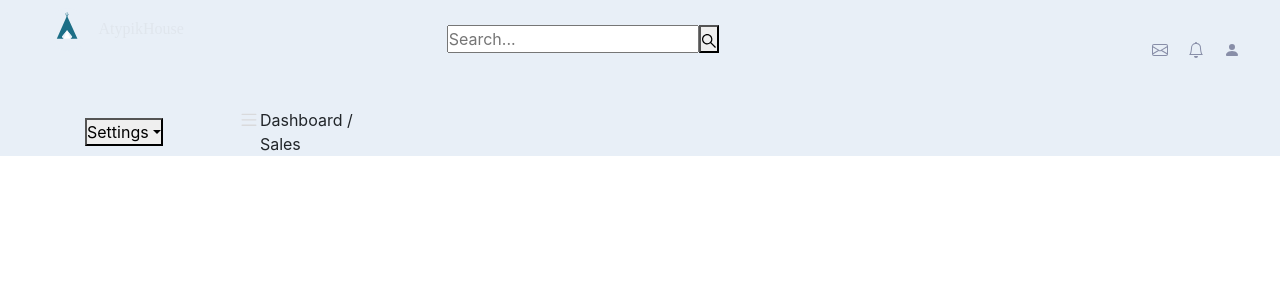
Repository: kifack/API-Symfony-AtypikHouse
Page: / (app in admin-frontend/)
These files come from the project's save history. The page is drawn as it stood at one moment and after the next save; the edit follows.
The browser window is 1280 px wide. The pictures show the whole page.
Some web libraries are served in a nearby version. The project was rebuilt for these pictures with package versions that can differ from the ones it lists, and the page was loaded fresh each time. Also part of the build but not shown: admin-frontend/src/css/Responsive.css, admin-frontend/src/css/admin/navbar.css, admin-frontend/src/components/template_parts/Header.js, admin-frontend/src/components/template_parts/Footer.js, admin-frontend/src/components/template_parts/Sidebar.js, admin-frontend/src/components/partials/LocationEntry.js, admin-frontend/src/components/template_parts/Spinner.js, admin-frontend/src/actions/location.js and 26 more.

Above is the page before, as saved 2020-10-01 19:27:56.

### admin-frontend/public/index.html
<!DOCTYPE html>
<html lang="en">
  <head>
    <meta charset="utf-8" />
    <link rel="icon" href="%PUBLIC_URL%/atypikhouse.ico" />
    <meta name="viewport" content="width=device-width, initial-scale=1" />
    <meta name="theme-color" content="#000000" />
    <meta
      name="description"
      content="Web site created using create-react-app"
    />
    <link
      rel="stylesheet"
      href="https://use.fontawesome.com/releases/v5.8.1/css/all.css"
      integrity="sha384-50oBUHEmvpQ+1lW4y57PTFmhCaXp0ML5d60M1M7uH2+nqUivzIebhndOJK28anvf"
      crossorigin="anonymous"
    />
    <!--
      manifest.json provides metadata used when your web app is installed on a
      user's mobile device or desktop. See https://developers.google.com/web/fundamentals/web-app-manifest/
    -->
    <!-- <link rel="manifest" href="%PUBLIC_URL%/manifest.json" /> -->
    <!--
      Notice the use of %PUBLIC_URL% in the tags above.
      It will be replaced with the URL of the `public` folder during the build.
      Only files inside the `public` folder can be referenced from the HTML.

      Unlike "/favicon.ico" or "favicon.ico", "%PUBLIC_URL%/favicon.ico" will
      work correctly both with client-side routing and a non-root public URL.
      Learn how to configure a non-root public URL by running `npm run build`.
    -->
    <script
      src="https://code.jquery.com/jquery-3.5.1.min.js"
      integrity="sha256-9/aliU8dGd2tb6OSsuzixeV4y/faTqgFtohetphbbj0="
      crossorigin="anonymous"
    ></script>
    <script src="https://stackpath.bootstrapcdn.com/bootstrap/4.5.2/js/bootstrap.min.js"></script>
    <script
      src="https://code.jquery.com/jquery-3.5.1.min.js"
      integrity="sha256-9/aliU8dGd2tb6OSsuzixeV4y/faTqgFtohetphbbj0="
      crossorigin="anonymous"
    ></script>

    <script src="https://stackpath.bootstrapcdn.com/bootstrap/4.5.2/js/bootstrap.min.js"></script>
    <title>AtypikHouse</title>
  </head>
  <body>
    <noscript>You need to enable JavaScript to run this app.</noscript>
    <div id="root"></div>
    <!--
      This HTML file is a template.
      If you open it directly in the browser, you will see an empty page.

      You can add webfonts, meta tags, or analytics to this file.
      The build step will place the bundled scripts into the <body> tag.

      To begin the development, run `npm start` or `yarn start`.
      To create a production bundle, use `npm run build` or `yarn build`.
    -->
  </body>
</html>

### admin-frontend/src/index.js
import React from 'react';
import ReactDOM from 'react-dom';
import App from './components/App';
import 'bootstrap/dist/css/bootstrap.min.css';
import { Provider } from 'react-redux';
import configureStore from './store/store';
import HeaderBack from './components/backend/HeaderBack';


const store = configureStore();
ReactDOM.render(
  <React.StrictMode>
    <Provider store={store}>
      <HeaderBack />
    </Provider>

  </React.StrictMode>,
  document.getElementById('root')
);

### admin-frontend/src/store/store.js
import { createStore, applyMiddleware } from "redux";
import { composeWithDevTools } from "redux-devtools-extension";
import thunk from "redux-thunk";
import rootReducer from "../reducers";

const configureStore = () => {
  const initialState = {};

  const middleware = [thunk];

  const store = createStore(
    rootReducer,
    initialState,
    composeWithDevTools(applyMiddleware(...middleware))
  );
  return store;
};

export default configureStore;

### admin-frontend/src/utils/setAuthToken.js
import api from "./api";

const setAuthToken = (token) => {
  if (token) {
    console.log("setting...");
    api.defaults.headers.common.authorization = "Bearer " + token;
    localStorage.setItem("token", token);
  } else {
    console.log("deleting...");
    delete api.defaults.headers.common["Authorization"];
    localStorage.removeItem("token");
  }
};

export default setAuthToken;

### admin-frontend/src/css/App.css
:root {
  --primaryColor: #1c6e86;
  --secondaryColor :#060818;
  --tierColor: #1e2020;
  --white: #ffffff;
}

* {
  margin: 0;
  padding: 0;
  box-sizing: border-box;
}

@font-face {
  font-family: "title-logo";
  src: url("./../polices/vagnotie.otf");
}
@font-face {
  font-family: "title-block";
  src: url("./../polices/Vogue.ttf");
}
@font-face {
  font-family: "title-secondaire";
  src: url("./../polices/ArcaMajora3-Bold.otf");
}
@font-face {
  font-family : "sans-serifSpe";
  src: url("./../polices/Myriad-Pro_31655.ttf");
}

.blue-sky {
  background-color: var(--secondaryColor);
}
body .blue-Marine {
  background-color: var(--primaryColor);
}

.titleBlock {
  font-family: "title-block";
  padding-top: 30px;
  font-size: 1.3rem;
  color: var(--tiercolor);
}
.titleConte{
  text-align: center;
}
.btnNb{
  padding: 10px 20px;
  text-decoration: none;
  border-radius: 20px;
  font-family: "title-secondaire";
  font-size: 1rem;
}
.secondaryNb {
  color: var(--secondaryColor);
}
.btnNb:hover {
  text-decoration: none;
  color: var(--primaryColor);
  background-color: var(--secondaryColor);
}
.conteneurBtn {
  padding-top: 20px;
}
img {
  width: 100%;
}


/*********************************************************** Header backend ************************************************************************************/













/* ################################# Header ###########################*/
header .navbar{
  padding: 0;
  margin: 0;
  display: block;
}

header .menuhaut{
  height: 15vh;
  padding: 0;
  margin: 0;
}
header .menuhaut .col:first-child{
  width: 30%;
  height: 15vh;

}
header .menuhaut .col:nth-child(2){
  width: 30%;
  height: 8vh;

}
header .menuhaut .col:nth-child(3){
  width: 30%;
  height: 5vh;

}
header .menuhaut .col:nth-child(3) .nav-link{
  padding-left: 10px;
  padding-right: 10px;
  padding-top: 0px;
  padding-bottom: 10px;

}

header .menuhaut .row{
  width: 100%;
  height: 15vh;
  margin: 0;
  padding: 0;

}
header .menuhaut .container{
  max-width: 100% ;
  margin: 0;

}

header .container img {
  width: 12%;
  margin-right: 10px;

}

.titlesite, .logo{

  color: #e0e6ed;
  width: 30px;
  font-family: "title-secondair";
  font-size: 1.0rem;
}

.icon-env, .icon-bell, .icon-person {
  color: #888ea8;
}
.icon-list{
  color: #d9dadc;
  width: 30px;
  height: 25px;
 }






/*

input{
  background-color: #0e1726;
  border: 0px;
  border-radius: 10px;
  height: 40px;
  width: 60%;
}

button{
  background-color: #0e1726;
  border: 0px;
  border-radius: 10px;
  height: 40px;
}


button#setting {
  background-color: #1a1c2d;
  color: #d2d8df;
  font-size: 10px;
  width: 20%;

  border-radius: 12px;

  }

  .titlelist{
    color: #e9e9ea;
   }
*/

### admin-frontend/src/reducers/index.js
import { combineReducers } from "redux";
import auth from "./auth";
import location from "./location";
import user from "./user";
import comment from "./comment";
import destination from "./destination";
import category from "./category";
import thematic from "./thematic";
import field from "./field";

export default combineReducers({
  auth,
  location,
  user,
  comment,
  destination,
  category,
  thematic,
  field,
});

### admin-frontend/src/utils/api.js
import axios from "axios";
import store from "../store/store";
import { LOGOUT } from "../actions/types";

const api = axios.create({
  baseURL: "http://localhost:8000/api/v01",
  // baseURL: "http://api.f2i-dev2-ami-bc-akb-vyk.fr/api/v01",
  headers: {
    "Content-Type": "application/json",
    Accept: "application/json",
  },
});

const { dispatch } = store;

export default api;

### admin-frontend/src/css/sidebar.css
:root {
  --primaryColor: #0090d9;
  --secondaryColor: #e8f1f8;
  --tierColor: #1e2020;
  --white: #ffffff;
}

.sidebar {
  width: 240px;
  min-height: 100vh;
  transition: 0.4s;
  transition-property: width;
  background-color: #fff;

  /* background-image: linear-gradient(180deg, #4e73df 10%, #224abe 100%); */
  /* overflow-y: auto; */
}

.sidebar ul {
  /* color: var(--primaryColor); */
  height: 100%;
  width: 100%;
  list-style: none;
}
.sidebar .menu li {
  line-height: 60px;
  border-bottom: 1px solid #bdb8d7;
  border-bottom: 1px solid rgba(0, 0, 0, 0.05);
  border-top: 1px solid rgba(255, 255, 255, 0.05);
}
.sidebar .menu li:last-child {
  border-bottom: 1px solid rgba(255, 255, 255, 0.05);
}
.sidebar .menu li a {
  position: relative;
  text-decoration: none;
  color: #6c757d;
  font-size: 16px;
  padding-left: 20px;
  font-weight: 500;
  display: block;
  width: 100%;
  border-left: 3px solid transparent;
}
.sidebar .menu li a > i {
  color: var(--primaryColor);
  padding-right: 8px;
}
.sidebar .menu li.active a {
  color: #fff;
  background: #4e73df;
  /* border-left-color: #000; */
}
.sidebar .menu li a:hover {
  /* background-color: #4e73df; */
  opacity: 0.9;
  color: var(--primaryColor);
}
.sidebar .menu ul {
  position: static;
  display: none;
  background-color: #fff;
}

.sidebar .menu ul li {
  line-height: 50px;
  border-top: none;
  color: var(--primaryColor);
}

.sidebar ul li a .item {
  /* margin-left: 15px; */
  transition: 0.4s;
  transition-property: display;
}
.sidebar .menu ul li a {
  font-size: 15px;
  color: #6c757d;
  padding-left: 50px;
}
.sidebar .menu li.active ul li a {
  color: #e6e6e6;
  background: #1b1b1b;
  border-left-color: transparent;
}
.sidebar .menu ul li a:hover {
  border-left-color: var(--primaryColor);
  border-left-width: 5px;
}
.sidebar li a .caret-menu {
  position: absolute;
  top: 50%;
  right: 20px;
  transform: translateY(-50%);
  font-size: 18px;
  transition: transform 0.7s;
}
.sidebar li a span.rotate {
  transform: translateY(-50%) rotate(-180deg);
}

.wrapper.collapse-sidebar .sidebar {
  width: 70px;
}

.wrapper.collapse-sidebar .main_content {
  width: calc(100% - 70px);
}

.wrapper.collapse-sidebar .sidebar .item,
.submenu,
.wrapper.collapse-sidebar .sidebar .submenu li {
  display: none;
}

### admin-frontend/src/css/card.css
/* Navigation tabs */
:root {
  --primaryColor: #0090d9;
  --secondaryColor: #e8eff7;
  --tierColor: #1e2020;
  --white: #ffffff;
}
.tabs {
  /* width: 730px; */
  height: 100vh;
  overflow: hidden;
  border-radius: 5px;
  box-shadow: 5px 10px 5px #ccc;
  border: 1px solid #eee;
  margin-right: 10px;
}
.tabs .tab-header {
  /* height: 40px; */
  display: flex;
  align-items: center;
  width: 100%;
  padding: 15px;
  /* border: 1px solid #eee; */
}

.tabs .tab-header > div {
  width: calc(100% / 2);
  text-align: center;
  color: #888;
  font-weight: 600;
  cursor: pointer;
  font-size: 14px;
  text-transform: uppercase;
  outline: none;
}
/* .tabs .tab-header > div > i {
  display: block;
  margin-bottom: 5px;
} */
.tabs .tab-header > div.active {
  color: var(--primaryColor);
}
.tabs .tab-indicator {
  position: relative;
  width: calc(100% / 2);
  height: 5px;
  background: var(--primaryColor);
  left: 0px;
  border-radius: 5px;
  transition: all 500ms ease-in-out;
}
.tabs .tab-body {
  position: relative;
  height: calc(100% - 60px);
  padding: 10px 5px;
}
.tabs .tab-body > div {
  padding: 20px;
  position: absolute;
  width: 100%;
  top: -200%;
  opacity: 0;
  transform: scale(0.9);
  transition: opacity 500ms ease-in-out 0ms, transform 500ms ease-in-out 0ms;
}
.tabs .tab-body > div.active {
  top: 0px;
  opacity: 1;
  transform: scale(1);
}

/* Display location  */
.img-container {
  position: relative;
}
/* Next & previous buttons */
.prev,
.next {
  cursor: pointer;
  position: absolute;
  text-decoration: none !important;
  top: 50%;
  width: auto;
  margin-top: -22px;
  padding: 16px;
  color: white !important;
  font-weight: bold;
  font-size: 18px;
  transition: 0.6s ease;
  border-radius: 0 3px 3px 0;
  user-select: none;
}

/* Position the "next button" to the right */
.next {
  right: 0;
  border-radius: 3px 0 0 3px;
}
.prev {
  left: 0;
}

/* On hover, add a black background color with a little bit see-through */
.prev:hover,
.next:hover {
  background-color: rgba(0, 0, 0, 0.8);
}
/* Fading animation */
.custom-fade {
  -webkit-animation-name: fade;
  -webkit-animation-duration: 1.5s;
  animation-name: fade;
  animation-duration: 1.5s;
}

@-webkit-keyframes fade {
  from {
    opacity: 0.4;
  }
  to {
    opacity: 1;
  }
}

@keyframes fade {
  from {
    opacity: 0.4;
  }
  to {
    opacity: 1;
  }
}

### admin-frontend/src/reducers/auth.js
import {
  LOAD_USER_REQUEST,
  USER_LOADED,
  AUTH_ERROR,
  LOGIN_REQUEST,
  LOGIN_SUCCESS,
  LOGIN_FAIL,
  LOGOUT,
} from "../actions/types";
import setAuthToken from "../utils/setAuthToken";

const initialState = {
  token: localStorage.getItem("token"),
  isAuthenticated: false,
  loading: false,
  user: null,
  isLogining: false,
  error: null,
};

export default function (state = initialState, action) {
  const { type, payload } = action;

  switch (type) {
    case LOAD_USER_REQUEST:
      return {
        ...state,
        loading: true,
      };
    case USER_LOADED:
      if (payload.roles.indexOf("ROLE_ADMIN") >= 0) {
        return {
          ...state,
          isAuthenticated: true,
          loading: false,
          user: payload,
        };
      } else {
        return {
          ...state,
          isAuthenticated: false,
          loading: false,
          error: "Vous n'avez pas des droits d'accés",
        };
      }
    case LOGIN_REQUEST:
      return {
        ...state,
        isLogining: true,
      };
    case LOGIN_SUCCESS:
      if (payload.user.roles.indexOf("ROLE_ADMIN") >= 0) {
        localStorage.setItem("token", payload.token);
        setAuthToken(payload.token);
        return {
          ...state,
          isAuthenticated: true,
          isLogining: false,
          user: payload.user,
        };
      } else {
        return {
          ...state,
          isAuthenticated: false,
          isLogining: false,
          error: "Vous n'avez pas des droits d'accéss",
        };
      }

    case AUTH_ERROR:
    case LOGOUT:
      console.log("logout");
      localStorage.removeItem("token");
      return {
        ...state,
        token: null,
        isAuthenticated: false,
        loading: false,
        user: null,
        error: payload,
      };

    case LOGIN_FAIL:
      return {
        ...state,
        isLogining: false,
        error: payload.message,
      };

    default:
      return state;
  }
}

### admin-frontend/src/reducers/location.js
import {
  LOAD_LOCATIONS,
  LOAD_LOCATIONS_SUCCESS,
  LOAD_LOCATIONS_ERROR,
  VALIDATE_LOCATION,
  VALIDATE_LOCATION_ERROR,
  DEACTIVATE_LOCATION,
  DEACTIVATE_LOCATION_ERROR,
  LOAD_LOCATION,
  LOAD_LOCATION_SUCCESS,
  LOAD_LOCATION_ERROR,
} from "../actions/types";

const initialState = {
  locations: [],
  location: null,
  loading: false,
  loadingLocation: true,
};

export default function (state = initialState, action) {
  const { type, payload } = action;
  let index, locations;

  switch (type) {
    case LOAD_LOCATIONS:
      return {
        ...state,
        loading: true,
      };
    case LOAD_LOCATIONS_SUCCESS:
      return {
        ...state,
        locations: payload,
        loading: false,
      };

    case LOAD_LOCATION:
      return {
        ...state,
        loadingLocation: true,
        location: null,
      };
    case LOAD_LOCATION_SUCCESS:
      return {
        ...state,
        location: payload,
        loadingLocation: false,
      };
    case VALIDATE_LOCATION:
      index = state.locations.findIndex((item) => item.id === payload);
      locations = state.locations;
      locations[index].status = 1;

      return {
        ...state,
        locations: [...locations],
        loading: false,
      };
    case DEACTIVATE_LOCATION:
      index = state.locations.findIndex((item) => item.id === payload);
      locations = state.locations;
      locations[index].status = 2;

      return {
        ...state,
        locations: [...locations],
        loading: false,
      };

    default:
      return state;
  }
}

### admin-frontend/src/reducers/user.js
import {
  LOAD_USERS,
  LOAD_USERS_ERROR,
  LOAD_USERS_SUCCESS,
  LOAD_USER,
  LOAD_USER_SUCCESS,
  LOAD_USER_ERROR,
  TOGGLE_SIDEBAR,
  ACTIVATE_USER,
  ACTIVATE_USER_ERROR,
  DEACTIVATE_USER,
  DEACTIVATE_USER_ERROR,
} from "../actions/types";

const initialState = {
  users: [],
  user: null,
  loading: false,
  loadingUser: true,
  showSidebar: true,
};

export default function (state = initialState, action) {
  const { type, payload } = action;
  let index, users;

  switch (type) {
    case LOAD_USERS:
      return {
        ...state,
        loading: true,
      };
    case LOAD_USERS_SUCCESS:
      return {
        ...state,
        users: payload,
        loading: false,
      };

    case LOAD_USER:
      return {
        ...state,
        user: null,
        loadingUser: true,
      };
    case LOAD_USER_SUCCESS:
      return {
        ...state,
        user: payload,
        loadingUser: false,
      };
    case ACTIVATE_USER:
      index = state.users.findIndex((item) => item.id === payload);
      users = state.users;
      users[index].status = 1;

      return {
        ...state,
        users: [...users],
        loading: false,
      };
    case DEACTIVATE_USER:
      index = state.users.findIndex((item) => item.id === payload);
      users = state.users;
      users[index].status = 0;

      return {
        ...state,
        users: [...users],
        loading: false,
      };

    case TOGGLE_SIDEBAR:
      return {
        ...state,
        showSidebar: !state.showSidebar,
      };

    default:
      return state;
  }
}

### admin-frontend/src/reducers/comment.js
import {
  LOAD_COMMENTS,
  LOAD_COMMENTS_SUCCESS,
  LOAD_COMMENTS_ERROR,
  DELETE_COMMENT,
  DELETE_COMMENT_ERROR,
} from "../actions/types";

const initialState = {
  comments: [],
  loading: false,
};

export default function (state = initialState, action) {
  const { type, payload } = action;

  switch (type) {
    case LOAD_COMMENTS:
      return {
        ...state,
        loading: true,
      };

    case LOAD_COMMENTS_SUCCESS:
      return {
        ...state,
        comments: payload,
        loading: false,
      };
    case DELETE_COMMENT:
      let filteredComments = state.comments.filter(
        (item) => item.id !== payload
      );
      return {
        ...state,
        comments: [...filteredComments],
        loading: false,
      };

    default:
      return state;
  }
}

### admin-frontend/src/reducers/destination.js
import {
  LOAD_DESTINATIONS,
  LOAD_DESTINATIONS_SUCCESS,
  LOAD_DESTINATIONS_ERROR,
  ADD_DESTINATION,
  ADD_DESTINATION_ERROR,
} from "../actions/types";

const initialState = {
  destinations: [],
  loading: false,
};

export default function (state = initialState, action) {
  const { type, payload } = action;

  switch (type) {
    case ADD_DESTINATION:
      return {
        ...state,
        destinations: [...state.destinations, payload],
        loading: false,
      };
    case LOAD_DESTINATIONS:
      return {
        ...state,
        loading: true,
      };
    case LOAD_DESTINATIONS_SUCCESS:
      return {
        ...state,
        destinations: payload,
        loading: false,
      };

    default:
      return state;
  }
}

### admin-frontend/src/reducers/category.js
import {
  LOAD_CATEGORIES,
  LOAD_CATEGORIES_SUCCESS,
  LOAD_CATEGORIES_ERROR,
  ADD_CATEGORY,
  ADD_CATEGORY_ERROR,
} from "../actions/types";

const initialState = {
  categories: [],
  loading: false,
};

export default function (state = initialState, action) {
  const { type, payload } = action;

  switch (type) {
    case LOAD_CATEGORIES:
      return {
        ...state,
        loading: true,
      };
    case LOAD_CATEGORIES_SUCCESS:
      return {
        ...state,
        categories: [...payload],
        loading: false,
      };
    case ADD_CATEGORY:
      return {
        ...state,
        categories: [...state.categories, payload],
        loading: false,
      };

    default:
      return state;
  }
}

### admin-frontend/src/reducers/thematic.js
import {
  LOAD_THEMATICS,
  LOAD_THEMATICS_SUCCESS,
  LOAD_THEMATICS_ERROR,
  ADD_THEMATIC,
  ADD_THEMATIC_ERROR,
} from "../actions/types";

const initialState = {
  thematics: [],
  loading: false,
};

export default function (state = initialState, action) {
  const { type, payload } = action;

  switch (type) {
    case ADD_THEMATIC:
      return {
        ...state,
        thematics: [...state.thematics, payload],
        loading: false,
      };

    case LOAD_THEMATICS:
      return {
        ...state,
        loading: true,
      };

    case LOAD_THEMATICS_SUCCESS:
      return {
        ...state,
        thematics: payload,
        loading: false,
      };

    default:
      return state;
  }
}

### admin-frontend/src/reducers/field.js
import {
  LOAD_FIELDS,
  LOAD_FIELDS_ERROR,
  ADD_FIELD,
  ADD_FIELD_ERROR,
} from "../actions/types";

const initialState = {
  fields: [],
  loading: true,
};

export default function (state = initialState, action) {
  const { type, payload } = action;

  switch (type) {
    case LOAD_FIELDS:
      return {
        ...state,
        fields: [...payload],
        loading: false,
      };
    case ADD_FIELD:
      return {
        ...state,
        fields: [...state.fields, payload],
        loading: false,
      };

    default:
      return state;
  }
}

### admin-frontend/src/css/spinner.css
/* https://projects.lukehaas.me/css-loaders/ */
:root {
  --primaryColor: #0090d9;
  --secondaryColor: #e8eff7;
  --tierColor: #1e2020;
  --white: #ffffff;
}

.spinner {
  width: 100%;
  height: 100%;
  display: flex;
  align-items: center;
  justify-content: center;
  /* background-color: rgb(0, 0, 0); */
  /* background-color: #eee; */
}

.loader {
  color: var(--primaryColor);
  font-size: 20px;
  margin: 100px auto;
  width: 1em;
  height: 1em;
  border-radius: 50%;
  position: relative;
  text-indent: -9999em;
  -webkit-animation: load4 1.3s infinite linear;
  animation: load4 1.3s infinite linear;
  -webkit-transform: translateZ(0);
  -ms-transform: translateZ(0);
  transform: translateZ(0);
}
@-webkit-keyframes load4 {
  0%,
  100% {
    box-shadow: 0 -3em 0 0.2em, 2em -2em 0 0em, 3em 0 0 -1em, 2em 2em 0 -1em,
      0 3em 0 -1em, -2em 2em 0 -1em, -3em 0 0 -1em, -2em -2em 0 0;
  }
  12.5% {
    box-shadow: 0 -3em 0 0, 2em -2em 0 0.2em, 3em 0 0 0, 2em 2em 0 -1em,
      0 3em 0 -1em, -2em 2em 0 -1em, -3em 0 0 -1em, -2em -2em 0 -1em;
  }
  25% {
    box-shadow: 0 -3em 0 -0.5em, 2em -2em 0 0, 3em 0 0 0.2em, 2em 2em 0 0,
      0 3em 0 -1em, -2em 2em 0 -1em, -3em 0 0 -1em, -2em -2em 0 -1em;
  }
  37.5% {
    box-shadow: 0 -3em 0 -1em, 2em -2em 0 -1em, 3em 0em 0 0, 2em 2em 0 0.2em,
      0 3em 0 0em, -2em 2em 0 -1em, -3em 0em 0 -1em, -2em -2em 0 -1em;
  }
  50% {
    box-shadow: 0 -3em 0 -1em, 2em -2em 0 -1em, 3em 0 0 -1em, 2em 2em 0 0em,
      0 3em 0 0.2em, -2em 2em 0 0, -3em 0em 0 -1em, -2em -2em 0 -1em;
  }
  62.5% {
    box-shadow: 0 -3em 0 -1em, 2em -2em 0 -1em, 3em 0 0 -1em, 2em 2em 0 -1em,
      0 3em 0 0, -2em 2em 0 0.2em, -3em 0 0 0, -2em -2em 0 -1em;
  }
  75% {
    box-shadow: 0em -3em 0 -1em, 2em -2em 0 -1em, 3em 0em 0 -1em, 2em 2em 0 -1em,
      0 3em 0 -1em, -2em 2em 0 0, -3em 0em 0 0.2em, -2em -2em 0 0;
  }
  87.5% {
    box-shadow: 0em -3em 0 0, 2em -2em 0 -1em, 3em 0 0 -1em, 2em 2em 0 -1em,
      0 3em 0 -1em, -2em 2em 0 0, -3em 0em 0 0, -2em -2em 0 0.2em;
  }
}
@keyframes load4 {
  0%,
  100% {
    box-shadow: 0 -3em 0 0.2em, 2em -2em 0 0em, 3em 0 0 -1em, 2em 2em 0 -1em,
      0 3em 0 -1em, -2em 2em 0 -1em, -3em 0 0 -1em, -2em -2em 0 0;
  }
  12.5% {
    box-shadow: 0 -3em 0 0, 2em -2em 0 0.2em, 3em 0 0 0, 2em 2em 0 -1em,
      0 3em 0 -1em, -2em 2em 0 -1em, -3em 0 0 -1em, -2em -2em 0 -1em;
  }
  25% {
    box-shadow: 0 -3em 0 -0.5em, 2em -2em 0 0, 3em 0 0 0.2em, 2em 2em 0 0,
      0 3em 0 -1em, -2em 2em 0 -1em, -3em 0 0 -1em, -2em -2em 0 -1em;
  }
  37.5% {
    box-shadow: 0 -3em 0 -1em, 2em -2em 0 -1em, 3em 0em 0 0, 2em 2em 0 0.2em,
      0 3em 0 0em, -2em 2em 0 -1em, -3em 0em 0 -1em, -2em -2em 0 -1em;
  }
  50% {
    box-shadow: 0 -3em 0 -1em, 2em -2em 0 -1em, 3em 0 0 -1em, 2em 2em 0 0em,
      0 3em 0 0.2em, -2em 2em 0 0, -3em 0em 0 -1em, -2em -2em 0 -1em;
  }
  62.5% {
    box-shadow: 0 -3em 0 -1em, 2em -2em 0 -1em, 3em 0 0 -1em, 2em 2em 0 -1em,
      0 3em 0 0, -2em 2em 0 0.2em, -3em 0 0 0, -2em -2em 0 -1em;
  }
  75% {
    box-shadow: 0em -3em 0 -1em, 2em -2em 0 -1em, 3em 0em 0 -1em, 2em 2em 0 -1em,
      0 3em 0 -1em, -2em 2em 0 0, -3em 0em 0 0.2em, -2em -2em 0 0;
  }
  87.5% {
    box-shadow: 0em -3em 0 0, 2em -2em 0 -1em, 3em 0 0 -1em, 2em 2em 0 -1em,
      0 3em 0 -1em, -2em 2em 0 0, -3em 0em 0 0, -2em -2em 0 0.2em;
  }
}

Loaded but not shown: admin-frontend/src/actions/types.js (79 lines, source omitted); admin-frontend/src/components/backend/HeaderBack.js (63 lines, source omitted)

After the next save:
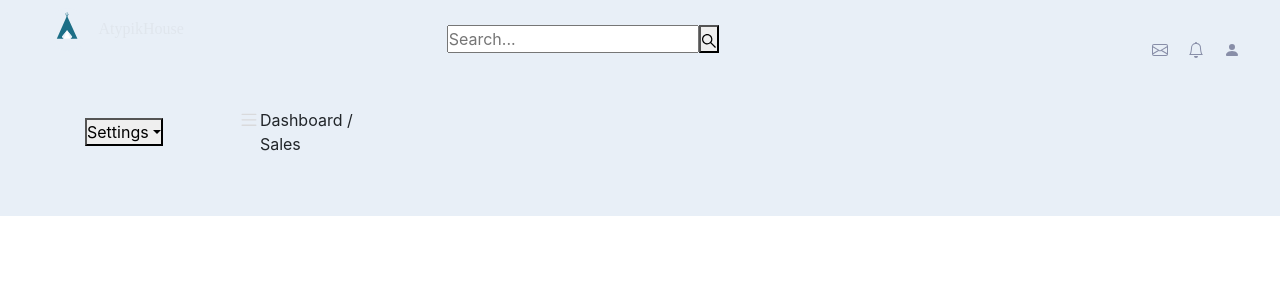
Saved 70 s later.
--- a/admin-frontend/src/css/App.css
+++ b/admin-frontend/src/css/App.css
@@ -152,6 +152,14 @@
   height: 25px;
  }
 
+/*######  sous header ######*/
+
+header .sous-header{
+  height: 15vh;
+  padding: 0;
+  margin: 0;
+}
+
 
 
 
@@ -180,7 +188,6 @@
   color: #d2d8df;
   font-size: 10px;
   width: 20%;
-
   border-radius: 12px;
 
   }

After the save that followed:
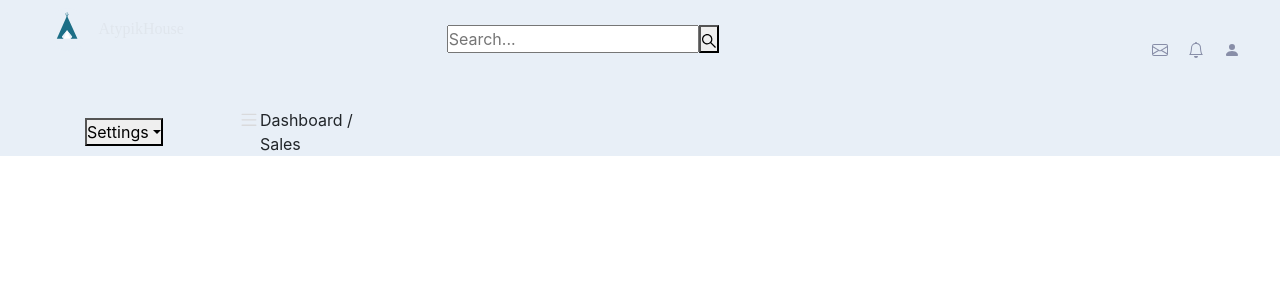
Saved 15 s later.
--- a/admin-frontend/src/css/App.css
+++ b/admin-frontend/src/css/App.css
@@ -155,7 +155,7 @@
 /*######  sous header ######*/
 
 header .sous-header{
-  height: 15vh;
+
   padding: 0;
   margin: 0;
 }
